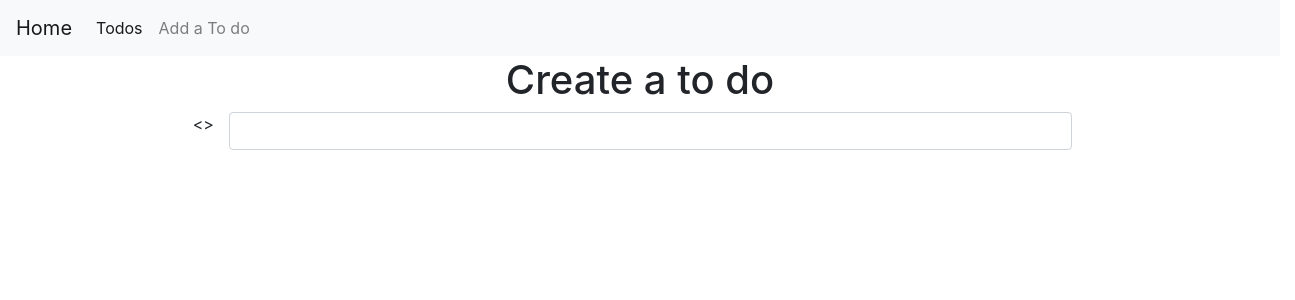
Repository: Azariagmt/laravel-to-do-app
Page: http://localhost/new-to-do
The author's editor kept a copy of each file at every save. The page is drawn from the files as they stood at one save, then again after the next save.
The browser window is 1280 px wide. The page is 1295 px wide, so the pictures cover 1295 px, including what lies to the right of the window. The pictures show the whole page.
The page is served by the project's Laravel application, run on PHP 8.4 with Laravel 8.

Above is the page before, as saved 2020-04-27 22:46:29.

After the next save:
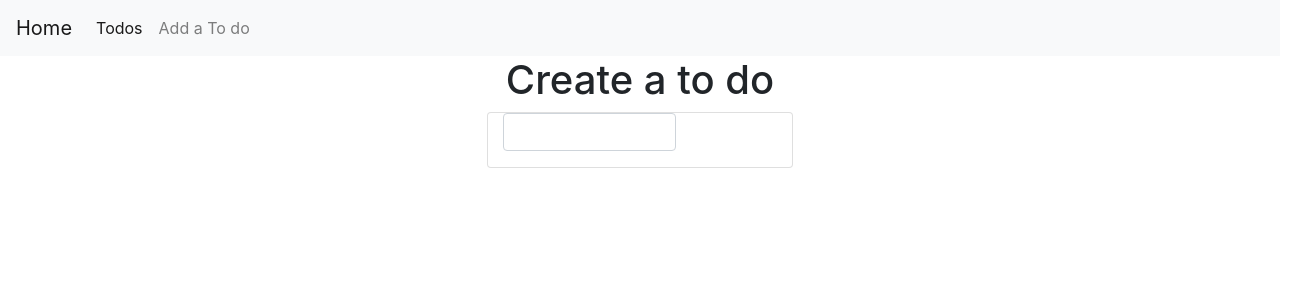
Saved 9 s later.
--- a/resources/views/todos/new.blade.php
+++ b/resources/views/todos/new.blade.php
@@ -5,7 +5,7 @@
 Create a to do
 </h1>
 <div class="row justify-content-center">
-<>
+<div class="card card-default">
 <div class="col-md-8">
 <form action="">
 <div class="form-group">
